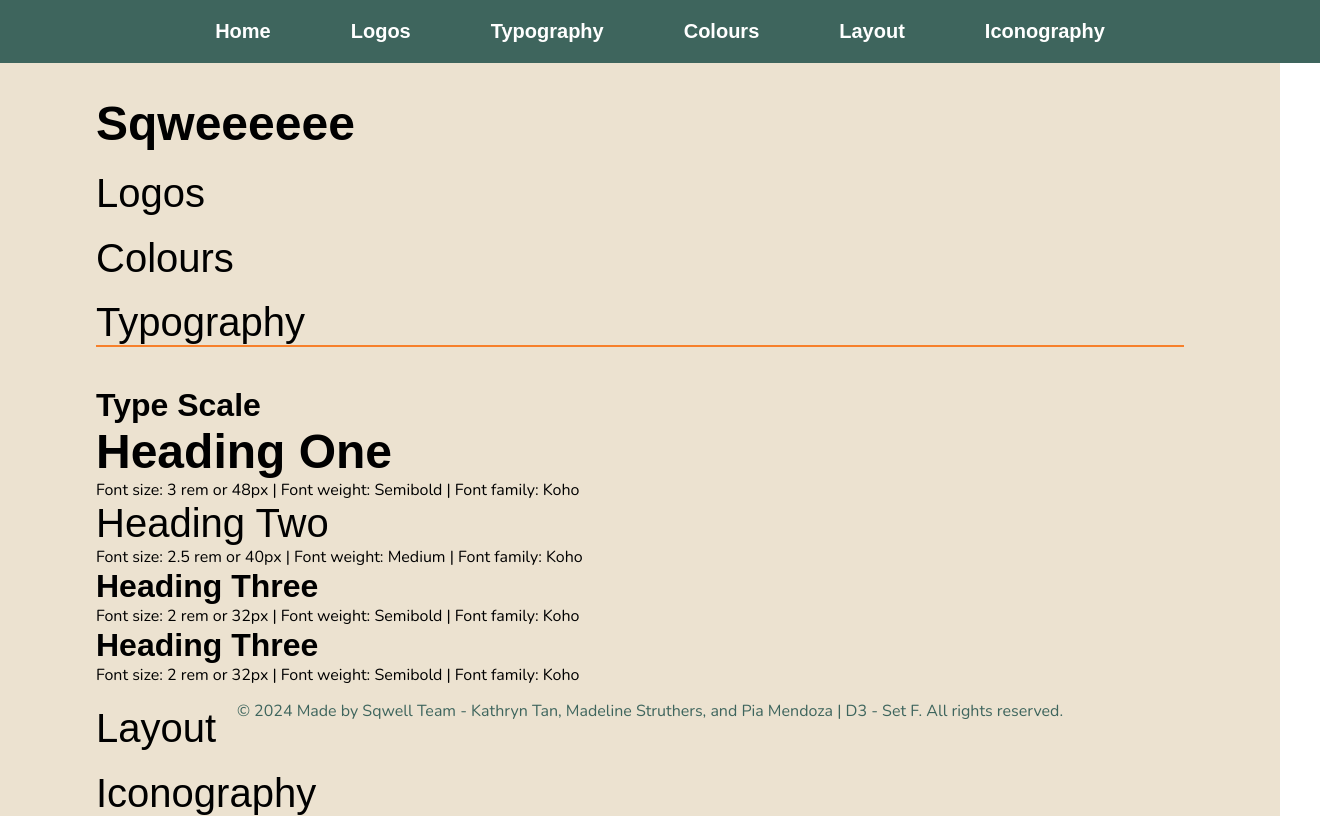
Repository: lpcmendoza/sqwell_styleguide
Page: /
An editor plug-in stored every save of this project. The page is shown before and after the next save, followed by the edit.
The browser window is 1280 px wide. The page is 1320 px wide, so the pictures cover 1320 px, including what lies to the right of the window. The pictures show the whole page.
Some web fonts or font styles are not loaded; a fallback is used. The project was rebuilt for these pictures with package versions that can differ from the ones it lists, and the page was loaded fresh each time. The framework's server and built-in components were replaced by stand-ins that run in the browser. Also part of the build but not shown: next.config.mjs.

Above is the page before, as saved 2024-04-07 18:02:44.

### pages/_app.js
import '@/styles/globals.css';
import { KoHo, Nunito } from 'next/font/google';

export const koho = KoHo({
  subsets: ['latin'],
  weight: ['400', '500', '600', '700'],
  variable: '--font-koho',
});

export const nunito = Nunito({
  subsets: ['latin'],
  weight: ['400', '700'],
  variable: '--font-nunito',
});

export default function App({ Component, pageProps }) {
  return (
    <main className={`${koho.variable} ${nunito.variable}`}>
    <Component {...pageProps} />
    </main>
  )


}

### pages/index.js
import Head from "next/head";
import Image from "next/image";
import styles from "@/styles/Home.module.css";
import MenuBar from "@/components/MenuBar";
import Footer from "@/components/Footer";
import Typography from "@/components/Typography"


export default function Home() {
  return (
    <>
    <MenuBar/>
      <main className={`${styles.main}`}>
      <h1>Sqweeeeee</h1>

      <h2>Logos</h2>
      <h2>Colours</h2>
      <Typography/>
      <h2>Layout</h2>
      <h2>Iconography</h2>
      </main>


      <Footer/>
    </>
  );
}

### styles/globals.css
:root {
    --blue: #74B4C6;
    --orange: #F7802B;
    --black: #1A1D1A;
    --darkGreen: #3E655D;
    --bone: #ECE2D0;

    --font-h1: 3rem; /*48px*/
    --font-h2: 2.5rem; /*40px*/
    --font-h3: 2rem; /*32px*/
    --font-h4: 1.5rem; /*24px*/
    --font-body: 1rem; /*16px*/
    --font-button: 1rem; /*16px*/
    --font-link: 1rem; /*16px*/
  }

  /*For all HTML elements*/
  *, html {
      margin: 0;
      padding: 0;
      font-size: 16px;
      font-family: var(--font-nunito);
  }

  h1 {
    font-family: var(--font-koho);
    font-size: 3rem;
    font-weight: 600;
  }

  h2 {
    font-family: var(--font-koho);
    font-size: 2.5rem;
    font-weight: 500;
  }

  h3 {
    font-family: var(--font-koho);
    font-size: 2rem;
    font-weight: 600;
  }

  h4 {
    font-family: var(--font-koho);
    font-size: 1.5rem;
    font-weight: 600;
  }

  h5 {
    font-family: var(--font-koho);
    font-size: 1.25rem;
    font-weight: 600;
  }

  p {
    font-family: var(--font-nunito);
    font-size: 16px;
  }

### styles/Home.module.css
.main {
  display: flex;
  flex-direction: column;
  justify-content: space-between;
  padding-top: 6rem;
  padding-right: 6rem;
  padding-left: 6rem;
  padding-bottom: 0;
  min-height: 100vh;
  background-color: var(--bone);

}

### components/MenuBar/index.js
import styles from './MenuBar.module.css'

export default function MenuBar() {
    return (
        <div className={styles.menubarContainer}>
            <div className={styles.blurbg}>
                <ul className={styles.menunames}>
                    <li>
                        <h5>Home</h5>
                    </li>
                    <li>
                        <h5>Logos</h5>
                    </li>
                    <li>
                        <h5>Typography</h5>
                    </li>
                    <li>
                        <h5>Colours</h5>
                    </li>
                    <li>
                        <h5>Layout</h5>
                    </li>
                    <li>
                        <h5>Iconography</h5>
                    </li>
                </ul>
            </div>

        </div>
    )
}

### components/Footer/index.js
import styles from './Footer.module.css'

export default function Footer() {
    return(
        <>
        <footer className={styles.footer}>
            <div className={styles.footerContainer}>
                © 2024 Made by Sqwell Team - Kathryn Tan, Madeline Struthers, and Pia Mendoza  |  D3 - Set F. All rights reserved.
            </div>
        </footer>
        </>
    )
}

### components/Typography/index.js
import styles from './Typography.module.css';

export default function Typography() {
    return (
        <main>
        <h2 className={styles.sectionHead}>Typography</h2>
            <h3 className={styles.typscale}>Type Scale</h3>
            <ul className={styles.typescaleDetails}>
                <li>
                <h1>Heading One</h1> <p>Font size: 3 rem or 48px   |   Font weight: Semibold   |   Font family: Koho</p>
                </li>
                <li>
                <h2>Heading Two</h2> <p>Font size: 2.5 rem or 40px   |   Font weight: Medium   |   Font family: Koho</p>
                </li>
                <li>
                <h3>Heading Three</h3> <p>Font size: 2 rem or 32px   |   Font weight: Semibold   |   Font family: Koho</p>
                </li>
                <li>
                <h3>Heading Three</h3> <p>Font size: 2 rem or 32px   |   Font weight: Semibold   |   Font family: Koho</p>
                </li>

            </ul>
        </main>
    )
}

### components/MenuBar/MenuBar.module.css
.menubarContainer{
    display: flex;
    flex-direction: row;
    justify-content: space-evenly;
    width: 100%;
    background-color: var(--darkGreen);
    padding: 20px;
    position: absolute;
    z-index: 10;
}

.menunames {
    list-style: none;
    display: flex;
    flex-direction: row;
    align-items: center;
    justify-content: space-evenly;
    gap: 5rem;
}

.menunames h5 {
    color: white;
}

### components/Footer/Footer.module.css
.footer{
    bottom: 0;
    position: absolute;
    width: 100%;
}

.footerContainer {
    height: 10px;
    margin: auto;
    width: 100%;
    text-align: center;
    padding: 10px;
    color: var(--darkGreen);
    margin-bottom: 0;
}

### components/Typography/Typography.module.css
.typescaleDetails {
    list-style: none;
}

.typescaleDetails h1 {
    padding-bottom: 0px;
}

.sectionHead {
    border-bottom: 2px solid var(--orange);
    margin-bottom: 40px;
}

Loaded but not shown: pages/_document.js (common file)

After the next save:
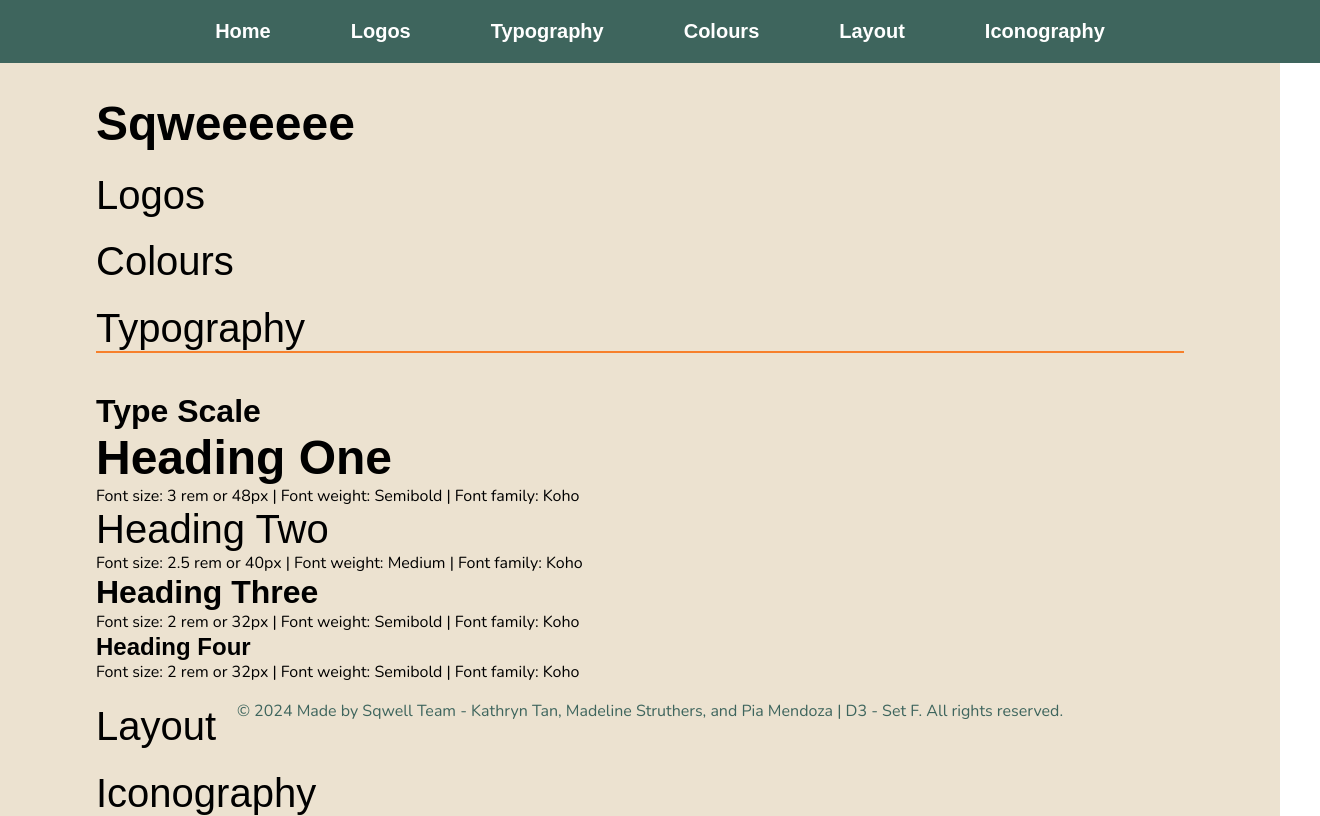
Saved 56 s later.
--- a/components/Typography/index.js
+++ b/components/Typography/index.js
@@ -4,6 +4,7 @@
     return (
         <main>
         <h2 className={styles.sectionHead}>Typography</h2>
+
             <h3 className={styles.typscale}>Type Scale</h3>
             <ul className={styles.typescaleDetails}>
                 <li>
@@ -16,7 +17,7 @@
                 <h3>Heading Three</h3> <p>Font size: 2 rem or 32px   |   Font weight: Semibold   |   Font family: Koho</p>
                 </li>
                 <li>
-                <h3>Heading Three</h3> <p>Font size: 2 rem or 32px   |   Font weight: Semibold   |   Font family: Koho</p>
+                <h4>Heading Four</h4> <p>Font size: 2 rem or 32px   |   Font weight: Semibold   |   Font family: Koho</p>
                 </li>
 
             </ul>
